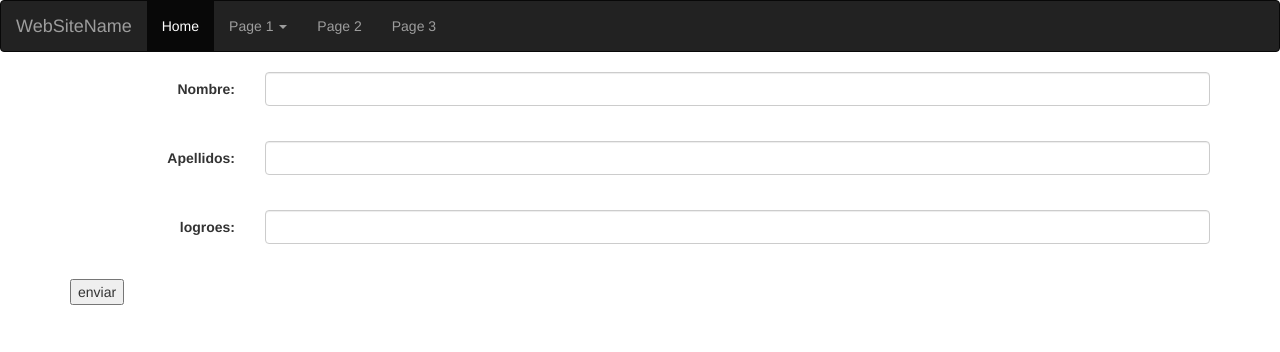
Repository: UAQJavaEveris/ProyectoFinalJuanCarlos
Page: http://localhost/WebCliente/
These files come from the project's save history. The page is drawn as it stood at one moment and after the next save; the edit follows.
The browser window is 1280 px wide. The pictures show the whole page.
Some web libraries are served in a nearby version. The page is served by Tomcat 9. Other server files are loaded and not shown.

Above is the page before, as saved 2016-12-10 03:00:48.

### WebCliente/WebContent/index.jsp
<%@ page language="java" contentType="text/html; charset=ISO-8859-1"
    pageEncoding="ISO-8859-1"%>
<!DOCTYPE html PUBLIC "-//W3C//DTD HTML 4.01 Transitional//EN" "http://www.w3.org/TR/html4/loose.dtd">
<html>
<head>
<meta http-equiv="Content-Type" content="text/html; charset=ISO-8859-1">
<title>Pagina Principal</title>
<meta charset="utf-8">
  <meta name="viewport" content="width=device-width, initial-scale=1">
  <link rel="stylesheet" href="https://maxcdn.bootstrapcdn.com/bootstrap/3.3.7/css/bootstrap.min.css">
  <script src="https://ajax.googleapis.com/ajax/libs/jquery/3.1.1/jquery.min.js"></script>
  <script src="https://maxcdn.bootstrapcdn.com/bootstrap/3.3.7/js/bootstrap.min.js"></script>
</head>
<body>
<nav class="navbar navbar-inverse">
  <div class="container-fluid">
    <div class="navbar-header">
      <a class="navbar-brand" href="#">WebSiteName</a>
    </div>
    <ul class="nav navbar-nav">
      <li class="active"><a href="#">Home</a></li>
      <li class="dropdown">
        <a class="dropdown-toggle" data-toggle="dropdown" href="#">Page 1
        <span class="caret"></span></a>
        <ul class="dropdown-menu">
          <li><a href="#">Page 1-1</a></li>
          <li><a href="#">Page 1-2</a></li>
          <li><a href="#">Page 1-3</a></li>
        </ul>
      </li>
      <li><a href="#">Page 2</a></li>
      <li><a href="#">Page 3</a></li>
    </ul>
  </div>
</nav>
<div class="container">
<form  class="form-horizontal" action="Controller" method="Post">
<div class="form-group">
     <label class="control-label col-sm-2" for="nombre">Nombre:</label>
    <div class="col-sm-10">
    <input  class="form-control" type="txt" name="nombre"><br>
    </div>
  </div>
  <div class="form-group">
  <label  class="control-label col-sm-2" for="apellidos">Apellidos:</label>
  <div class="col-sm-10">
  <input class="form-control"  type="txt" name="apellidos"><br>
  </div>
  </div>
 <div class="form-group">
 <label class="control-label col-sm-2" for="logros">logroes:</label>
 <div class="col-sm-10">
<input class="form-control"  type="txt" name="logros"><br>
</div>
</div>
<input type="submit" value="enviar"></input>
</form><br>
</div>
<%
String nombre_variable = (String)session.getAttribute("exito");
%>
</body>
</html>

After the next save:
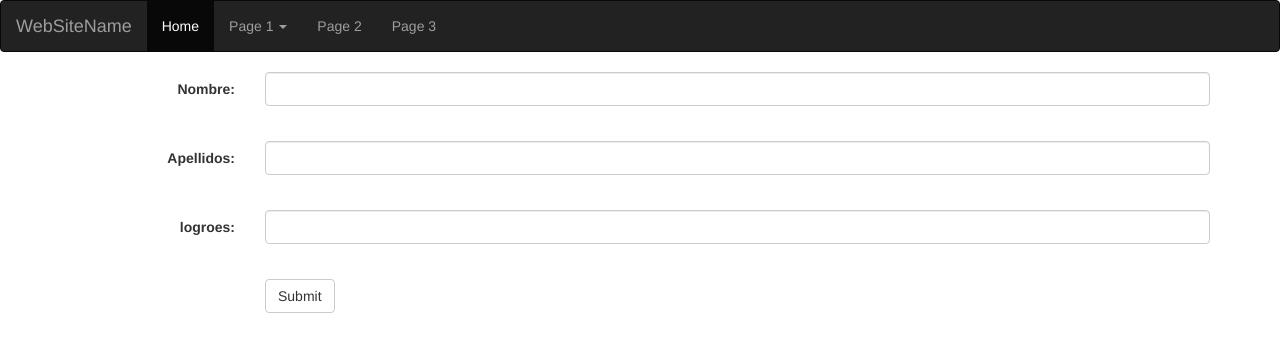
Saved 35 s later.
--- a/WebCliente/WebContent/index.jsp
+++ b/WebCliente/WebContent/index.jsp
@@ -53,8 +53,12 @@
 <input class="form-control"  type="txt" name="logros"><br>
 </div>
 </div>
-<input type="submit" value="enviar"></input>
-</form><br>
+<div class="form-group">
+      <div class="col-sm-offset-2 col-sm-10">
+        <button type="submit" class="btn btn-default">Submit</button>
+      </div>
+    </div>
+</form>
 </div>
 <%
 String nombre_variable = (String)session.getAttribute("exito");
